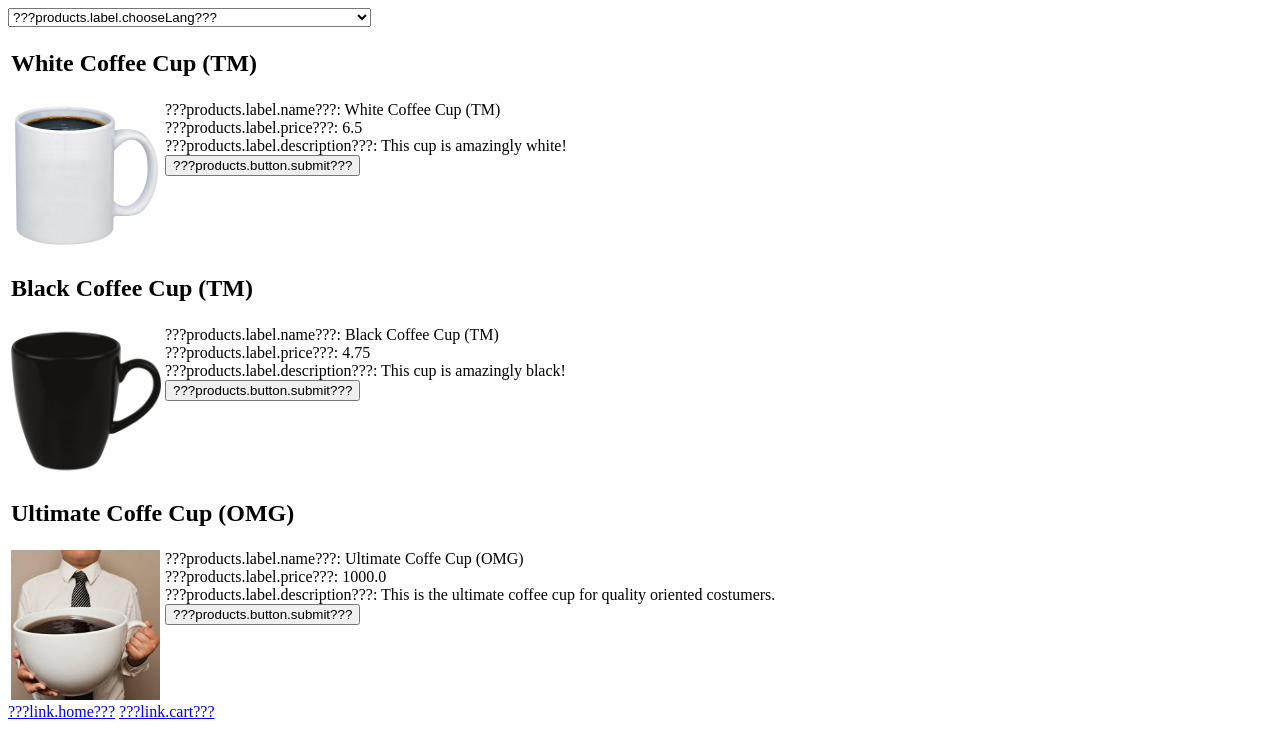
Repository: superdids/DAT152
Page: http://localhost/Oblig3/products
An editor plug-in stored every save of this project. The page is shown before and after the next save, followed by the edit.
The browser window is 1280 px wide. The pictures show the whole page.
The page is served by Tomcat 9. Other server files are loaded and not shown.

Above is the page before, as saved 2015-10-22 21:47:02.

### Oblig3/WebContent/products.jsp
<%@ page language="java" contentType="text/html; charset=UTF-8"
    pageEncoding="UTF-8"%>
<%@ taglib uri="http://java.sun.com/jsp/jstl/core" prefix="c" %>
<%@ taglib prefix="fmt" uri="http://java.sun.com/jsp/jstl/fmt" %>
<%-- <c:set var="language"  --%>
<%-- value="${not empty param.language ? param.language : not empty language ? language : pageContext.request.locale}"  --%>
<%-- scope="session" /> --%>
<%-- <c:set var="language" value="${language}" scope="session" /> --%>
<fmt:setLocale value="${language}" />
<fmt:setBundle basename="no.hib.dat152.i18n.text" />
<!DOCTYPE html PUBLIC "-//W3C//DTD HTML 4.01 Transitional//EN" "http://www.w3.org/TR/html4/loose.dtd">
<html lang="${language}">
<head>
<meta http-equiv="Content-Type" content="text/html; charset=UTF-8">
<title>Products</title>
</head>
<body>
<form action="products" method="POST">
	<select id="language" name="language" onchange="submit()">
		<option disabled="disabled" selected="selected" >
			<fmt:message key="products.label.chooseLang" />
		</option>
		<c:forEach var="langu" items="${availableLanguages}">
			<option value="${langu}">
				<fmt:setLocale value="${langu}" />
				<fmt:setBundle basename="no.hib.dat152.i18n.text" />
				<fmt:message key="products.label.lang" />
				<c:if test="${language == langu}" >
					<fmt:message key="products.label.selected" />
				</c:if>
			</option>
		</c:forEach>
		<fmt:setLocale value="${language}" />
		<fmt:setBundle basename="no.hib.dat152.i18n.text" />
	</select>
</form>

<table>
<c:forEach var="description" items="${descriptions}">
<tr><td colspan="2"><h2>${description.product.productName}</h2></td></tr>
<tr>
	<td>
		<img src="${description.product.relativePathToImg}" height="150"/>
	</td>
	<td style="vertical-align:top">
		<label for="name"><fmt:message key="products.label.name" /></label>: ${description.product.productName} <br/>
		<label for="price"><fmt:message key="products.label.price" /></label>: ${description.product.priceInEuro} <br/>
		<label for="description"><fmt:message key="products.label.description" /></label>: ${description.text} <br/>
		<form action="products" method="POST">
			<fmt:message key="products.button.submit" var="buttonValue" />
			<input type="hidden" name="item" value="${description.id.languageCode}${description.id.productNumber}" />
			<input type="submit" value="${buttonValue}" />
		</form>
		</td>
</tr>
</c:forEach>
</table>

<a href="home"><fmt:message key="link.home" /></a>
<a href="cart"><fmt:message key="link.cart" /></a>

</body>
</html>

### Oblig3/src/no/hib/dat152/controllers/Products.java
package no.hib.dat152.controllers;

import java.io.IOException;
import java.util.List;

import javax.servlet.ServletException;
import javax.servlet.annotation.WebServlet;
import javax.servlet.http.HttpServlet;
import javax.servlet.http.HttpServletRequest;
import javax.servlet.http.HttpServletResponse;

import no.hib.dat102.database.Description;
import no.hib.dat102.database.DescriptionDAOContext;
import no.hib.dat102.database.Product;
import no.hib.dat102.database.ProductDAOContext;
import no.hib.dat152.util.RequestHelper;

/**
 * Servlet implementation class Products
 */
@WebServlet("/products")
public class Products extends HttpServlet {
	private static final long serialVersionUID = 1L;

	/**
	 * @see HttpServlet#HttpServlet()
	 */
	public Products() {
		super();
		// TODO Auto-generated constructor stub
	}

	/**
	 * @see HttpServlet#doGet(HttpServletRequest request, HttpServletResponse response)
	 */
	protected void doGet(HttpServletRequest request, HttpServletResponse response) throws ServletException, IOException {

		request = RequestHelper.setLanguage(request);

		String dynamic = (String) request.getSession().getAttribute("language");

		DescriptionDAOContext dao = new DescriptionDAOContext();
		List<Description> descriptions = dao.readAllDescriptionsByLanguageCode(dynamic);
		request.setAttribute("descriptions", descriptions);

		request.getRequestDispatcher("/products.jsp").forward(request, response);
	}

	/**
	 * @see HttpServlet#doPost(HttpServletRequest request, HttpServletResponse response)
	 */
	protected void doPost(HttpServletRequest request, HttpServletResponse response) throws ServletException, IOException {
		if (request.getParameter("language") != null)
			response = RequestHelper.generateCookie(request, response, "language", "locale");
		else {
			ProductDAOContext dao = new ProductDAOContext();
			List<Product> products = dao.readAll();
			Product p = null;
			String parameter = request.getParameter("item");
			System.out.println(parameter);
			if(parameter != null) {
				if(products != null) {
					for(Product product : products) {
						if(parameter.equals("p"+product.getProductNumber())) {
							p = product; break;
						}
					}
				}
				if (p != null) request = RequestHelper.updateCart(request, p);
				else System.out.println("product null");
			}
		}
		response.sendRedirect(request.getContextPath() + "/products");
	}
}

### Oblig3/src/no/hib/dat152/util/RequestHelper.java
package no.hib.dat152.util;

import javax.servlet.http.Cookie;
import javax.servlet.http.HttpServletRequest;
import javax.servlet.http.HttpServletResponse;

import no.hib.dat102.database.AvailableLanguages;
import no.hib.dat102.database.DescriptionDAOContext;
import no.hib.dat102.database.Product;
import no.hib.dat152.models.CartItem;
import no.hib.dat152.models.MyAwesomeCart;

/**
 * Hjelpeklasse som oppdaterer request/response objektet, eller
 * henter verdier fra request objektet
 * @author Didrik, Lars-Jo, Ståle
 */
public class RequestHelper {

	/**
	 * Henter språkkode
	 * @param request Request objektet
	 * @return Språkkoden om den finnes i request objektet, null ellers
	 */
	public static String getLanguageFromRequest(HttpServletRequest request) {
		String lang = request.getParameter("language");
		return lang != null ? lang : "en";
	}

	/**
	 * Henter en cookie med gitt request objekt og cookie navn
	 * @param request Request objektet
	 * @param cookieName Cookie navn
	 * @return Referanse til et cookie objekt om navnet eksisterer, null ellers
	 */
	public static Cookie getCookie(HttpServletRequest request, String cookieName) {
		Cookie cookie = null;
		Cookie [] cookies = request.getCookies();
		if (cookies != null) {
			for(Cookie c : cookies) {
				if(c.getName().equals(cookieName)) { cookie = c; break; }
			}
		}

		return cookie;
	}

	/**
	 * Oppretter nytt cookie objekt
	 * @param request Request objektet
	 * @param response Response objektet
	 * @param paramReference Parameterreferanse som skal settes inn i cookie objektet
	 * @param cookieName Navnet som skal tilordnes cookie objektet
	 * @return Referanse til et cookie objekt
	 */
	public static HttpServletResponse generateCookie(HttpServletRequest request,
			HttpServletResponse response, String paramReference,
			String cookieName) {
		String param = request.getParameter(paramReference);

		Cookie cookie = new Cookie(cookieName, param);
		response.addCookie(cookie);
		return response;
	}

	/**
	 * Setter språk avhengig av verdi i cookie
	 * @param request Request objektet
	 * @return Oppdatert request objekt
	 */
	public static HttpServletRequest setLanguage(HttpServletRequest request) {
		Cookie cookie = RequestHelper.getCookie(request, "locale");
		String dynamic = "en";
		if(cookie != null)
			dynamic = cookie.getValue();

		AvailableLanguages availableLanguages = ServletContext.getAvailableLanguagesFromContext();

		request.setAttribute("availableLanguages", availableLanguages.getLanguages());
		request.getSession().setAttribute("language", dynamic);
		return request;
	}

	/**
	 * Oppdaterer handlevognen
	 * @param request Request objektet
	 * @param product Produktet som skal legges inn i handlevognen
	 * @return Oppdatert request objekt
	 */
	public static HttpServletRequest updateCart(HttpServletRequest request, Product product) {
		MyAwesomeCart cart = (MyAwesomeCart) request.getSession().getAttribute("cart");
		Integer id = product.getProductNumber();

		if(cart == null) {
			cart = new MyAwesomeCart();
			cart.addItem(id, new CartItem(product, 1,""));
		} else
			if(cart.inCart(id))
				cart.addCount(id);
			else
				cart.addItem(id, new CartItem(product,1,""));

		request.getSession().setAttribute("cart", cart);

		return request;
	}
}

### Oblig3/src/no/hib/dat102/database/DescriptionDAO.java
package no.hib.dat102.database;

import java.util.List;

/**
 * Kontrakt som definerer oppførselen til et Data Access Object
 * som opererer på beskrivelser i en gitt samling
 * @author Didrik
 *
 */
public interface DescriptionDAO {

	/**
	 * Oppretter en ny beskrivelse
	 * @param d Beskrivelsen som skal opprettes
	 * @return Beskrivelsen, null dersom det skulle forekomme en feil
	 */
	public Description create(Description d);

	/**
	 * Henter en beskrivelse med en gitt primærnøkkel
	 * @param primaryKey Primærnøkkelen som det søkes etter
	 * @return Produktet dersom primærnøkkelen assosieres til
	 * en beskrivelse i samlingen, null ellers
	 */
	public Description read(DescriptionId primaryKey);

	/**
	 * Oppdaterer en eksisterende beskrivelse, eller oppretter
	 * om den ikke eksisterer
	 * @param d Beskrivelsen som skal oppdateres
	 * @return Beskrivelsen, null om det skulle forekomme en feil
	 */
	public Description update(Description d);

	/**
	 * Sletter en beskrivelse med en gitt primærnøkkel
	 * @param primaryKey Primærnøkkelen som det søkes etter
	 * @return True om beskrivelsen ble fjernet fra samlingen, false ellers
	 */
	public boolean delete(DescriptionId primaryKey);

	/**
	 * Henter alle beskrivelser i samlingen
	 * @return Samling av beskrivelser
	 */
	public List<Description> readAll();

	/**
	 * Henter alle beskrivelser i samlingen som har ønsket språkkode
	 * @param langCode Språkkoden aktuell for produkter
	 * @return Samling av beskrivelser
	 */
	public List<Description> readAllDescriptionsByLanguageCode(String langCode);

}

### Oblig3/src/no/hib/dat102/database/DescriptionDAOContext.java
package no.hib.dat102.database;

import java.util.ArrayList;
import java.util.List;

import no.hib.dat152.util.ServletContext;

public class DescriptionDAOContext implements DescriptionDAO {


	public DescriptionDAOContext() {

	}

	@Override
	public Description create(Description d) {
		// TODO Auto-generated method stub
		return null;
	}

	@Override
	public Description read(DescriptionId primaryKey) {
		List<Description> descriptions = ServletContext.fetchDescriptionsFromContext();
		for(Description d : descriptions) {
			if(d.getId() == primaryKey) return d;
		}
		return null;
	}

	@Override
	public Description update(Description d) {
		// TODO Auto-generated method stub
		return null;
	}

	@Override
	public boolean delete(DescriptionId primaryKey) {
		// TODO Auto-generated method stub
		return false;
	}

	@Override
	public List<Description> readAll() {
		List<Description> descriptions = ServletContext.fetchDescriptionsFromContext();
		return descriptions.size() > 0 ? descriptions : null;
	}

	@Override
	public List<Description> readAllDescriptionsByLanguageCode(String langCode) {
		List<Description> descriptions = ServletContext.fetchDescriptionsFromContext();
		List<Description> toRet = new ArrayList<Description>();
		for(Description d : descriptions)
			if(d.getId().getLanguageCode().equals(langCode)) toRet.add(d);
		return toRet.size() > 0 ? toRet : null;
	}
}

After the next save:
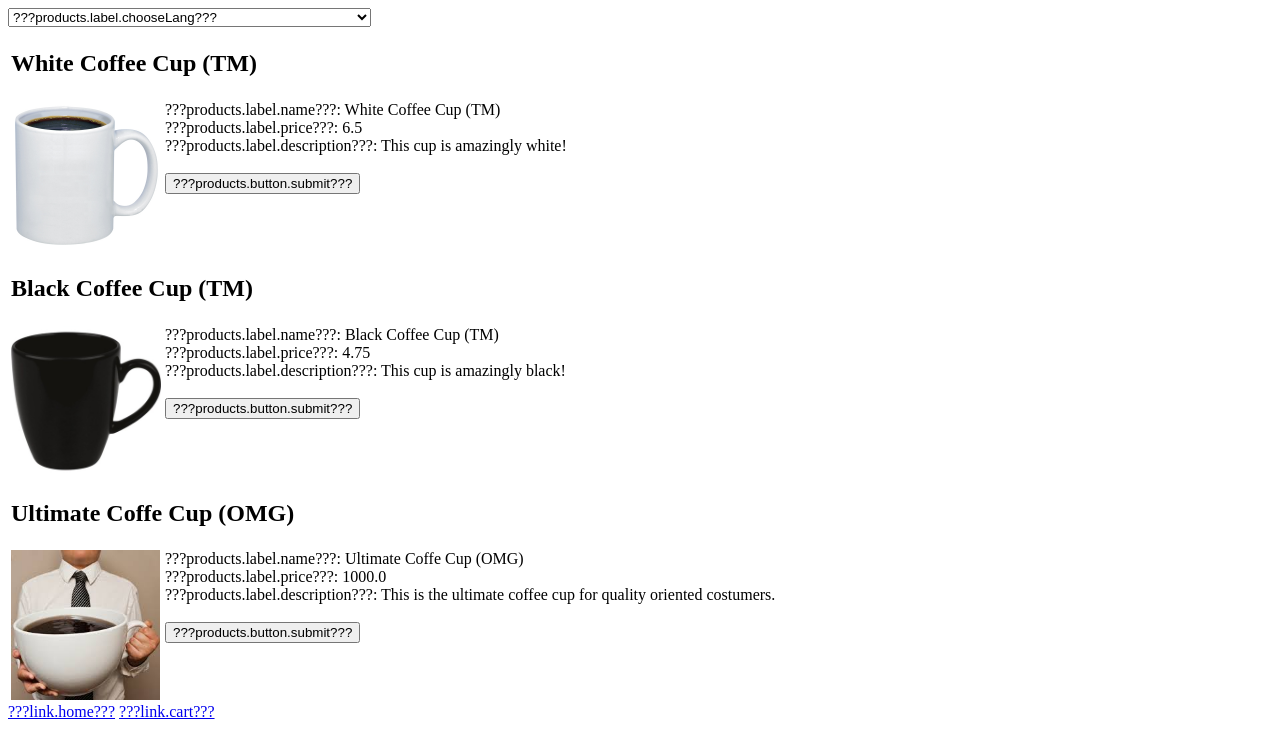
Saved 46 s later.
--- a/Oblig3/WebContent/products.jsp
+++ b/Oblig3/WebContent/products.jsp
@@ -45,7 +45,7 @@
 	<td style="vertical-align:top">
 		<label for="name"><fmt:message key="products.label.name" /></label>: ${description.product.productName} <br/>
 		<label for="price"><fmt:message key="products.label.price" /></label>: ${description.product.priceInEuro} <br/>
-		<label for="description"><fmt:message key="products.label.description" /></label>: ${description.text} <br/>
+		<label for="description"><fmt:message key="products.label.description" /></label>: ${description.text} <br/><br/>
 		<form action="products" method="POST">
 			<fmt:message key="products.button.submit" var="buttonValue" />
 			<input type="hidden" name="item" value="${description.id.languageCode}${description.id.productNumber}" />
